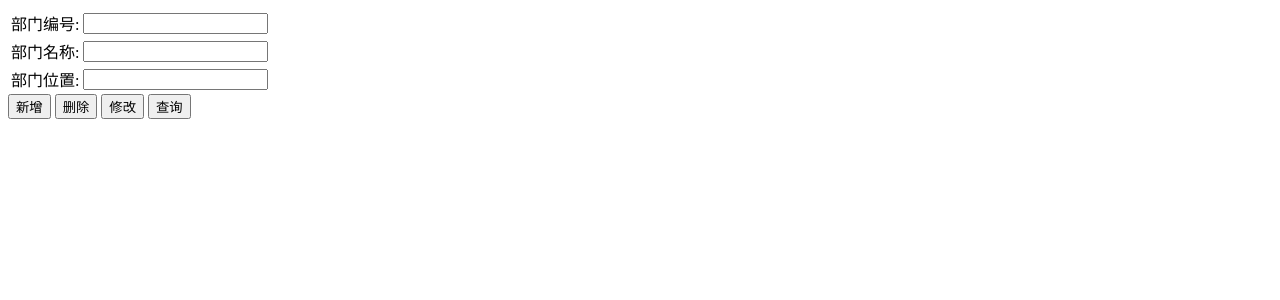
Repository: jianminghao/ssiProject
Page: http://localhost/myssiProject/dept.jsp
The author's editor kept a copy of each file at every save. The page is drawn from the files as they stood at one save, then again after the next save.
The browser window is 1280 px wide. The pictures show the whole page.
The page is served by Tomcat 9.

Above is the page before, as saved 2020-03-05 04:01:44.

After the next save:
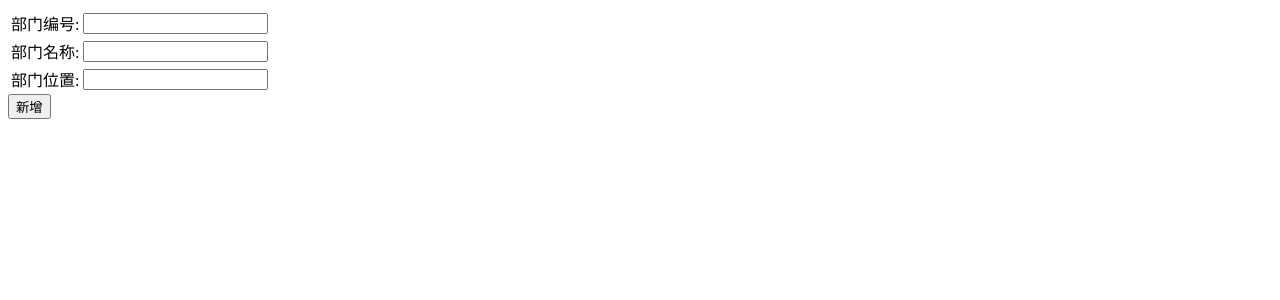
Saved 95 s later.
--- a/myssiProject/WebContent/dept.jsp
+++ b/myssiProject/WebContent/dept.jsp
@@ -80,10 +80,11 @@
 				 <td><input type="text" id="loc" name="deptInfo.loc"></td>
 			</tr>
 		</table>
-		<input type="button" class="btn" onclick=insert() value="新增">
+		<input type="submit"  value="新增">
+		<!-- <input type="button" class="btn" onclick=insert() value="新增">
 		<input type="button" class="btn" onclick=deleteInfo() value="删除">
 		<input type="button" class="btn" onclick=update() value="修改">
-		<input type="button" class="btn" onclick=query() value="查询">
+		<input type="button" class="btn" onclick=query() value="查询"> -->
 	</form>
 </body>
 </html>
